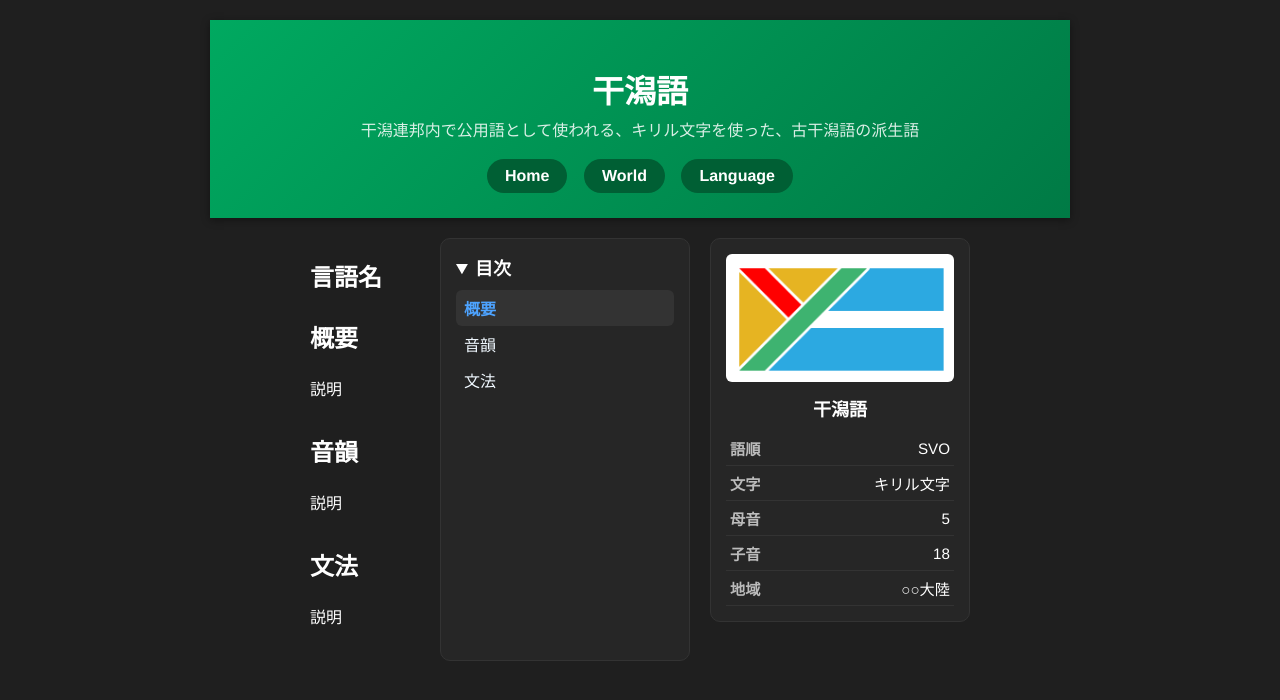
Repository: Player5270-antake/Player5270-antake.github.io
Page: language/hagalen/index.html
An editor plug-in stored every save of this project. The page is shown before and after the next save, followed by the edit.
The browser window is 1280 px wide. The pictures show the whole page.

Above is the page before, as saved 2026-03-08 15:18:32.

After the next save:
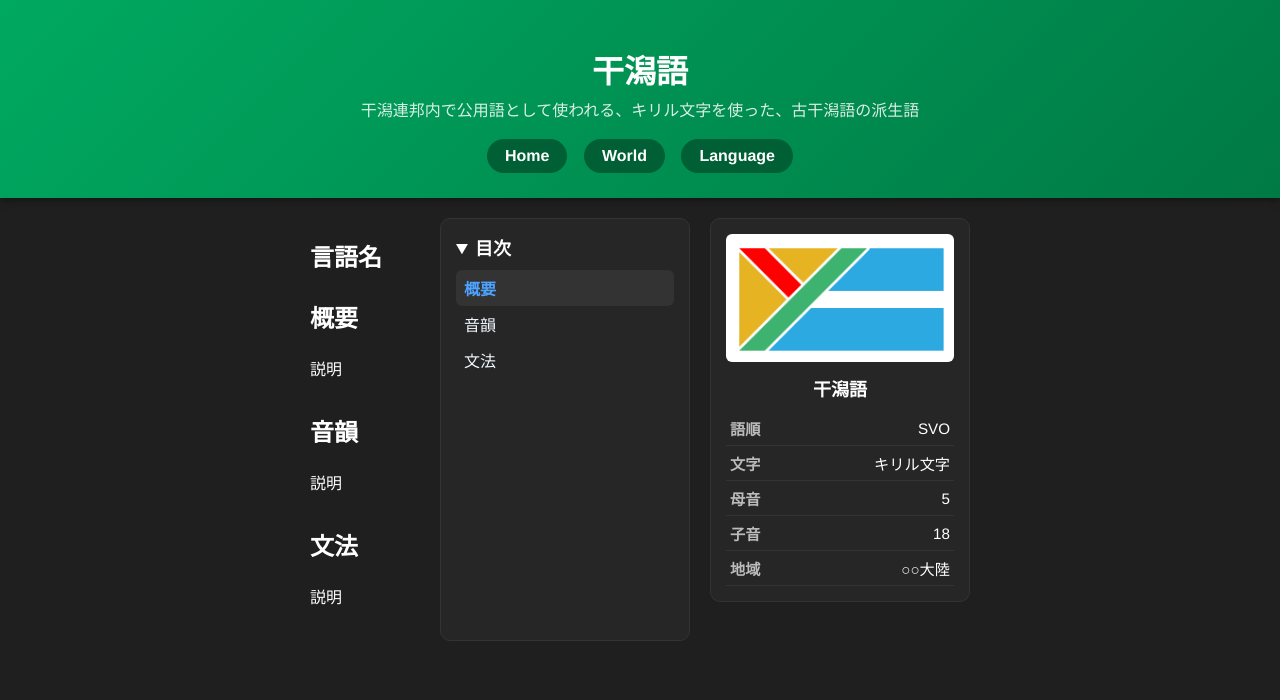
Saved 7 min 20 s later.
--- a/language/hagalen/index.html
+++ b/language/hagalen/index.html
@@ -7,7 +7,7 @@
     <link rel="stylesheet" href="../../css/style.css">
 </head>
 <body>
-    <div class="container">
+    <div>
         <header>
             <h1>干潟語</h1>
             <p>干潟連邦内で公用語として使われる、キリル文字を使った、古干潟語の派生語</p>

After the save that followed:
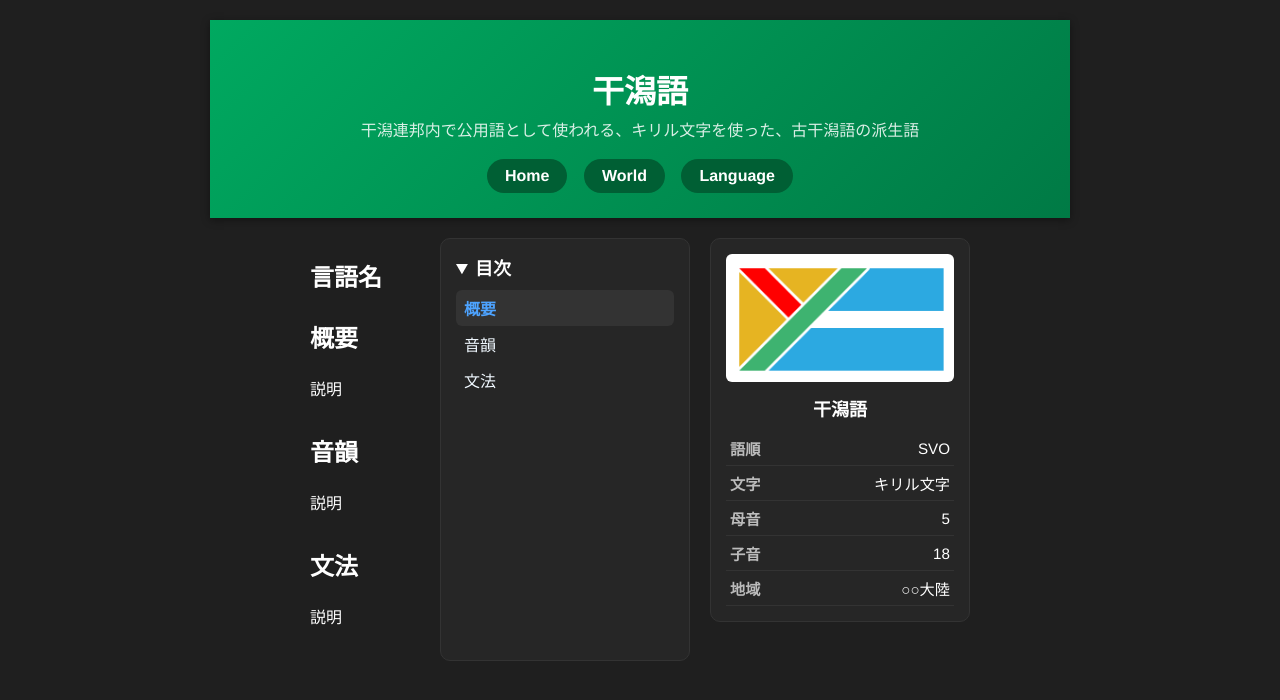
Saved 9 s later.
--- a/language/hagalen/index.html
+++ b/language/hagalen/index.html
@@ -7,7 +7,7 @@
     <link rel="stylesheet" href="../../css/style.css">
 </head>
 <body>
-    <div>
+    <div class="container">
         <header>
             <h1>干潟語</h1>
             <p>干潟連邦内で公用語として使われる、キリル文字を使った、古干潟語の派生語</p>
